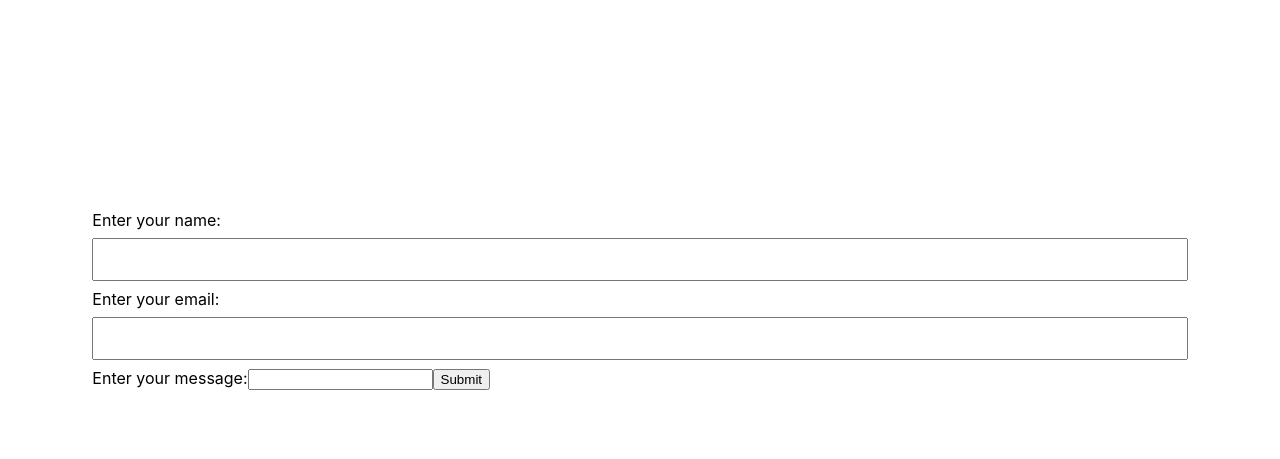
Repository: AddamVictorioDev/ProfileWebsite
Page: /form (app in con/)
The author's editor kept a copy of each file at every save. The page is drawn from the files as they stood at one save, then again after the next save.
The browser window is 1280 px wide. The pictures show the whole page.
The project was rebuilt for these pictures with package versions that can differ from the ones it lists, and the page was loaded fresh each time. Also part of the build but not shown: con/src/App.css, con/src/home.css, con/src/home.js, con/src/addam.css, con/src/addam.js, con/src/usescripts.js, con/src/projects.js.

Above is the page before, as saved 2023-03-16 18:39:43.

### con/src/index.css
body {
  margin: 0;
  font-family: -apple-system, BlinkMacSystemFont, 'Segoe UI', 'Roboto', 'Oxygen',
    'Ubuntu', 'Cantarell', 'Fira Sans', 'Droid Sans', 'Helvetica Neue',
    sans-serif;
  -webkit-font-smoothing: antialiased;
  -moz-osx-font-smoothing: grayscale;
  /* background-image: url("/Users/addamvictorio/con/src/waterdropwallpp.jpg"); */
  /* background-color: #ffffff; */

}

code {
  font-family: source-code-pro, Menlo, Monaco, Consolas, 'Courier New',
    monospace;
}

### con/src/App.js
import logo from './logo.svg';
import './App.css';
import HomePage from './home';
import Addam from './addam';

import {
  BrowserRouter,
  Routes,
  Route
} from "react-router-dom";
import Projects from './projects';
import MyForm from './form';

function App() {

  return (

    <BrowserRouter>
      <Routes>


      <Route exact path="/" element={<Addam />}  />
      <Route path="projects" element={<Projects />} />
      <Route path="form" element={<MyForm />} />

      </Routes>


  </BrowserRouter>

  );
}

export default App;

### con/src/form.js
import { useState } from 'react';
import ReactDOM from 'react-dom/client';
import './form.css'

function MyForm() {
  const [inputs, setInputs] = useState({});

  const handleChange = (event) => {
    const name = event.target.name;
    const value = event.target.value;
    setInputs(values => ({...values, [name]: value}))
  }

  const handleSubmit = (event) => {
    event.preventDefault();
    alert(inputs);
  }

  return (
    <div className="center">
    <form onSubmit={handleSubmit}>
      <label>Enter your name:
      <input
        type="text"
        name="username"
        value={inputs.username || ""}
        onChange={handleChange}
      />
      </label>
      <label>Enter your email:
        <input
          type="text"
          name="age"
          value={inputs.age || ""}
          onChange={handleChange}
        />
        </label>
        <label>Enter your message:
      <input
        type="textarea"
        name="username"
        value={inputs.username || ""}
        onChange={handleChange}
      />
      </label>
        <input type="submit" />
    </form>
    </div>
  )
}

export default MyForm;

### con/src/projects.css
.center{
    display: grid;
    justify-content: center;
    align-items: center;


}
.photo-grid {
    display: flex;
    height: 100%;

    border-radius: 10px;
    border-color: black;

    flex-wrap: wrap;
    justify-content: center;
    align-items: center;
    gap: 10px;
    background-color: blueviolet;
  }

  .photo-item {
    height: 100%;


    position: relative;




    overflow: auto;
  }

  img {
    width: 100%;
    height: 100%;


    object-fit: cover;
  }
  .img-text {
    position: absolute;
    width: 100%;
    bottom: 10px;

    color: white;
    background-color: rgb(199, 6, 6);
    padding: 10px;
  }

### con/src/form.css

.container{
    justify-content: center;
    align-items:center;
    background-color: aquamarine;
}

.center{
    display: grid;
    place-items: center;
    height: 600px;

}




input[type=text] {

    width: 100%;
    padding: 12px 20px;
    margin: 8px 0;
    box-sizing: border-box;
  }

Loaded but not shown: con/public/index.html (common file); con/src/index.js (common file); con/src/reportWebVitals.js (common file)

After the next save:
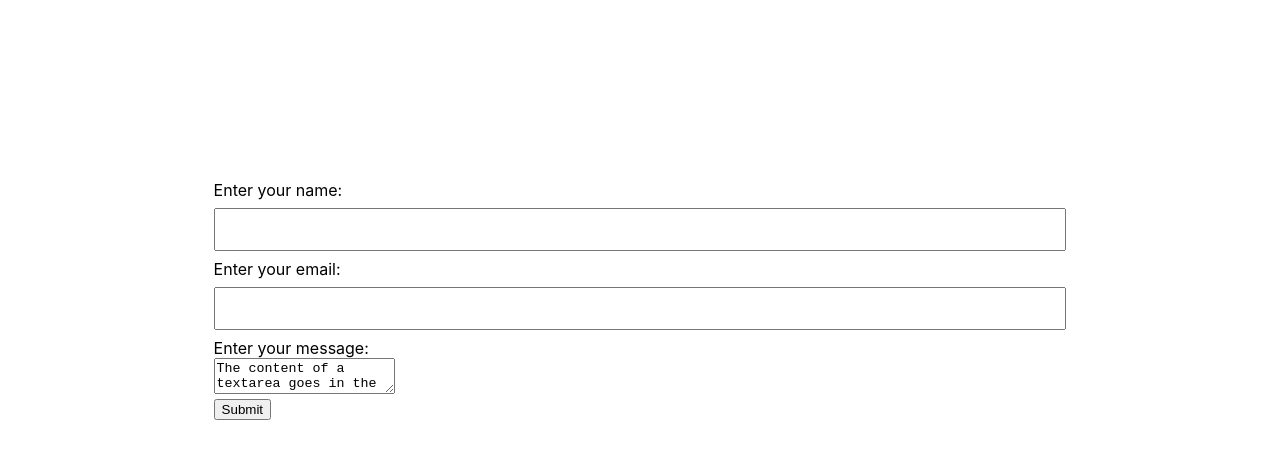
Saved 2 min 29 s later.
--- a/con/src/form.js
+++ b/con/src/form.js
@@ -4,6 +4,9 @@ import './form.css'
 
 function MyForm() {
   const [inputs, setInputs] = useState({});
+  const [textarea, setTextarea] = useState(
+    "The content of a textarea goes in the value attribute"
+  );
 
   const handleChange = (event) => {
     const name = event.target.name;
@@ -36,12 +39,9 @@ function MyForm() {
         />
         </label>
         <label>Enter your message:
-      <input
-        type="textarea"
-        name="username"
-        value={inputs.username || ""}
-        onChange={handleChange}
-      />
+        <form>
+      <textarea value={textarea} onChange={handleChange} />
+    </form>
       </label>
         <input type="submit" />
     </form>
